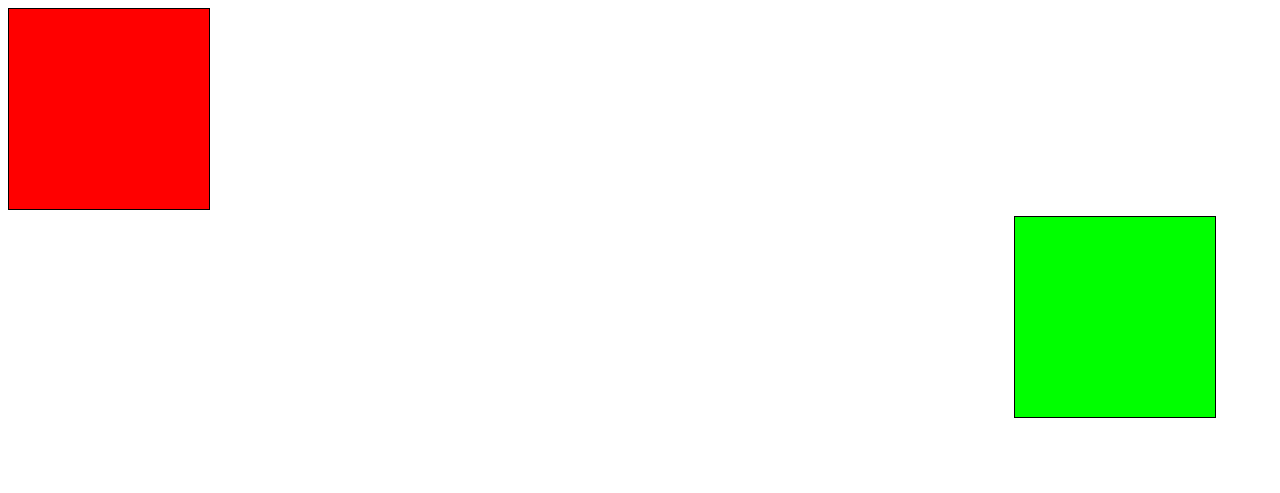
Repository: Divineridh/LPPAChallenges
Page: Trabajos en Clase/ejercicio cajas positions/index.html
The author's editor kept a copy of each file at every save. The page is drawn from the files as they stood at one save, then again after the next save.
The browser window is 1280 px wide. The pictures show the whole page.

Above is the page before, as saved 2022-05-03 20:51:32.

### Trabajos en Clase/ejercicio cajas positions/index.html
<!DOCTYPE html>
<html lang="en">
<head>
    <meta charset="UTF-8">
    <meta http-equiv="X-UA-Compatible" content="IE=edge">
    <meta name="viewport" content="width=device-width, initial-scale=1.0">
    <link rel="stylesheet" href="./style.css">
    <title>Divs positions</title>
</head>
<body>
    <div class="div1 divs"></div>
    <div class="div2 divs"></div>
    <div class="div3 divs"></div>
</body>
</html>

### Trabajos en Clase/ejercicio cajas positions/style.css
.div1 {
    background-color: #FF0000;
    position: absolute;
}

.div2 {
    background-color: #00FF00;
    position: absolute;
    top: 30%;
    right: 5%;
    float: right;
}

.div3 {
    background-color: #0000FF;
}

.divs {
    height: 200px;
    width: 200px;
    border: solid black 1px;
}

After the next save:
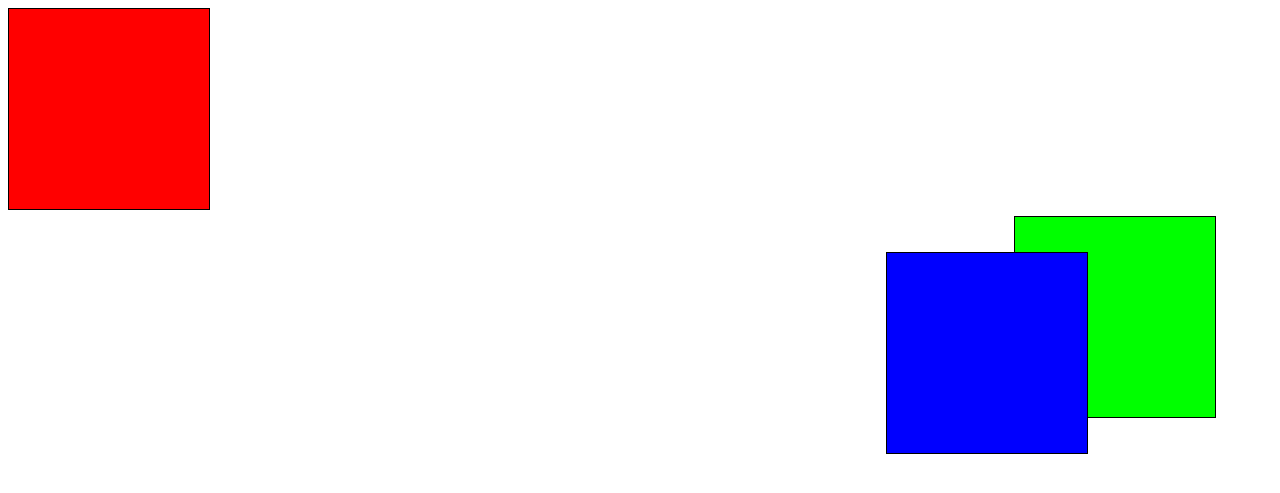
Saved 40 s later.
--- a/Trabajos en Clase/ejercicio cajas positions/style.css
+++ b/Trabajos en Clase/ejercicio cajas positions/style.css
@@ -13,6 +13,9 @@
 
 .div3 {
     background-color: #0000FF;
+    position: absolute;
+    top: 35%;
+    right: 15%;
 }
 
 .divs {
